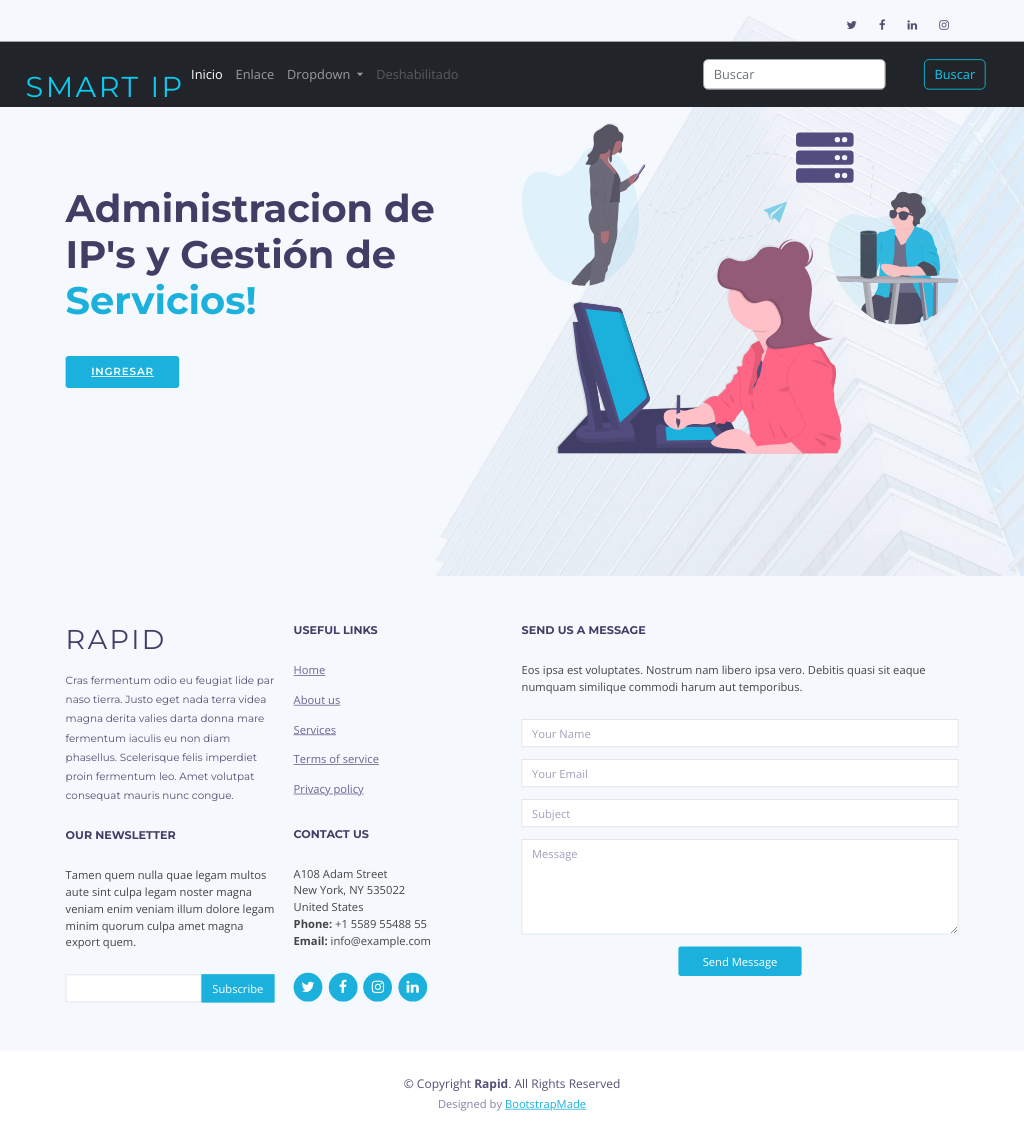
Repository: AlejandroJesusSerrano/SmartIPs
Page: http://localhost/smartipnav/index
An editor plug-in stored every save of this project. The page is shown before and after the next save, followed by the edit.
The browser window is 1280 px wide. The pictures show the whole page, at 80% of full size.
The page is served by the project's application, run on Django 4.2 (smartip/manage.py).

Above is the page before, as saved 2022-11-11 13:05:09.

After the next save:
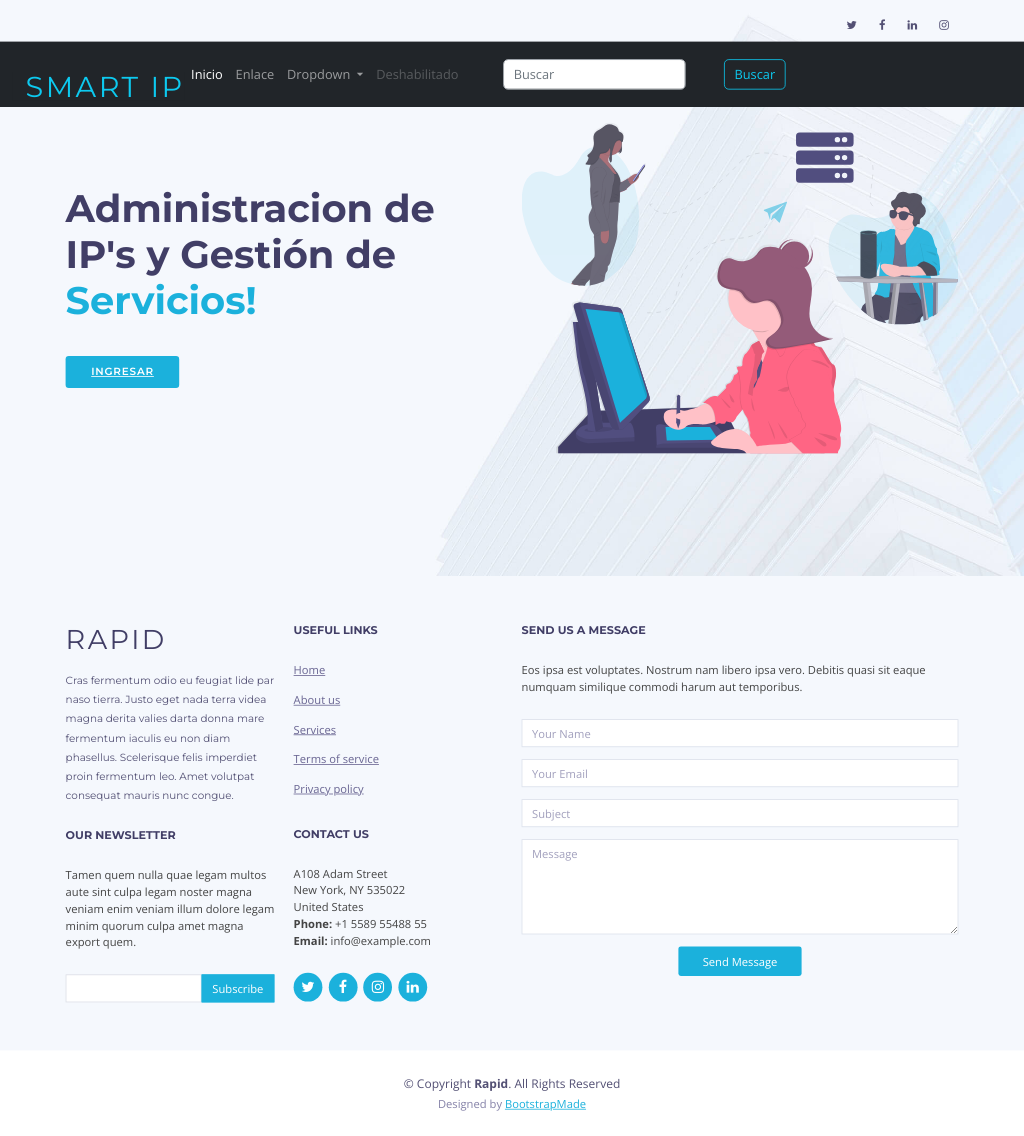
Saved 28 s later.
--- a/smartip/smartipnav/templates/smartipnav/base.html
+++ b/smartip/smartipnav/templates/smartipnav/base.html
@@ -66,7 +66,7 @@
         <span class="navbar-toggler-icon"></span>
       </button>
       <div class="collapse navbar-collapse" id="navbarSupportedContent">
-        <ul class="navbar-nav me-auto mb-2 mb-lg-0">
+        <ul class="navbar-nav me-5 mb-2 mb-lg-0">
           <li class="nav-item">
             <a class="nav-link active" aria-current="page" href="#">Inicio</a>
           </li>
@@ -90,7 +90,7 @@
         </ul>
         <form class="d-flex" role="search">
           <input class="form-control me-5" type="search" placeholder="Buscar" aria-label="Buscar">
-          <button class="btn btn-outline-info me-5" type="submit">Buscar</button>
+          <button class="btn btn-outline-info" type="submit">Buscar</button>
         </form>
       </div>
     </div>
